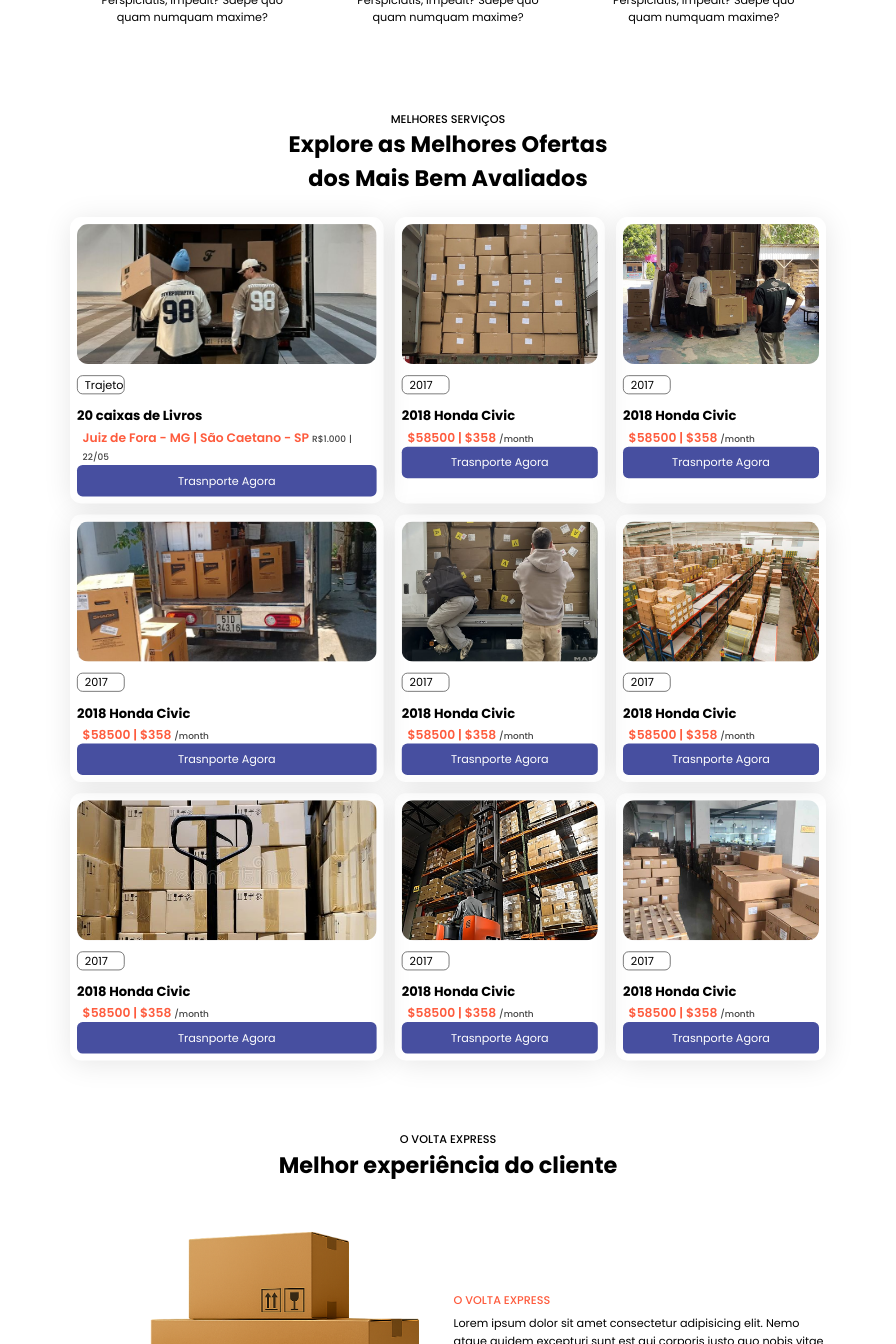
Repository: douglasabnovato/transportation
Page: index.html
The author's editor kept a copy of each file at every save. The page is drawn from the files as they stood at one save, then again after the next save.
The browser window is 1280 px wide. The pictures show the part of the page from y = 1073 to 2993 px (the page is 4060 px tall), at 70% of full size.

Above is the page before, as saved 2025-05-19 01:17:42.

### index.html
<!DOCTYPE html>
<html lang="en">
  <head>
    <meta charset="UTF-8" />
    <meta name="viewport" content="width=device-width, initial-scale=1.0" />
    <title>Transportation</title>
    <link
      rel="stylesheet"
      href="https://cdn.jsdelivr.net/npm/boxicons@latest/css/boxicons.min.css"
    />
    <link rel="stylesheet" href="./style.css" />
  </head>
  <body>
    <!-- Header -->
    <header>
      <a href="#" class="logo"
        ><img
          src="./assets/images-t/transportar-caixas/caixas.png"
          alt="logo da car rental"
          srcset=""
      /></a>
      <div class="bx bx-menu" id="menu-icon"></div>
      <ul class="navbar">
        <li><a href="#home">Home</a></li>
        <li><a href="#ride">Transportar </a></li>
        <li><a href="#services">Serviços</a></li>
        <li><a href="#about">O Volta Express</a></li>
        <li><a href="#reviews">Vantagens</a></li>
      </ul>
      <div class="header-btn">
        <a href="#" class="sign-up">Sign Up</a>
        <a href="#" class="sign-in">Sign In</a>
      </div>
    </header>

    <!-- Home -->
    <section class="home" id="home">
      <div class="text">
        <h1>
          <span>Procurando</span> mercadorias <br />
          para transportar
        </h1>
        <p>
          Lorem ipsum dolor sit amet consectetur adi <br />
          pisicing elit. Explicabo esse non fugiat!
        </p>
        <div class="app-stores">
          <img src="./assets/ios.png" alt="" />
          <img src="./assets/play.png" alt="" />
        </div>
      </div>
      <div class="form-container">
        <form action="">
          <div class="input-box">
            <span>Location</span>
            <input type="search" name="" id="" placeholder="Search Places" />
          </div>
          <div class="input-box">
            <span>Pick-Up Date</span>
            <input type="date" name="" id="" />
          </div>
          <div class="input-box">
            <span>Return Date</span>
            <input type="date" name="" id="" />
          </div>
          <input type="submit" name="" id="" class="btn" />
        </form>
      </div>
    </section>

    <!-- Ride -->
    <section class="ride" id="ride">
      <div class="heading">
        <span>Como funciona</span>
        <h1>Transporte em 3 etapas fáceis</h1>
      </div>
      <div class="ride-container">
        <div class="box">
          <i class="bx bxs-map"></i>
          <h2>Escolha um local</h2>
          <p>
            Lorem ipsum dolor sit, amet consectetur adipisicing elit.
            Perspiciatis, impedit? Saepe quo quam numquam maxime?
          </p>
        </div>
        <div class="box">
          <i class="bx bxs-calendar-check"></i>
          <h2>Data de retirada</h2>
          <p>
            Lorem ipsum dolor sit, amet consectetur adipisicing elit.
            Perspiciatis, impedit? Saepe quo quam numquam maxime?
          </p>
        </div>
        <div class="box">
          <i class="bx bxs-calendar-star"></i>
          <h2>Reserve um espaço</h2>
          <p>
            Lorem ipsum dolor sit, amet consectetur adipisicing elit.
            Perspiciatis, impedit? Saepe quo quam numquam maxime?
          </p>
        </div>
      </div>
    </section>

    <!-- Services -->
    <section class="services" id="services">
      <div class="heading">
        <span>Melhores Serviços</span>
        <h1>
          Explore as Melhores Ofertas <br />
          dos Mais Bem Avaliados
        </h1>
      </div>
      <div class="services-container">
        <div class="box">
          <div class="box-img">
            <img
              src="./assets/images-t/transportar-caixas/caminhao-caixas-1.jpg"
              alt="car1"
            />
          </div>
          <p>Trajeto</p>
          <h3>20 caixas de Livros</h3>
          <h2>
            Juiz de Fora - MG | São Caetano - SP
            <span> R$1.000</span>
            <span> | 22/05</span>
          </h2>
          <a href="#" class="btn">Trasnporte Agora</a>
        </div>

        <div class="box">
          <div class="box-img">
            <img
              src="./assets/images-t/transportar-caixas/caminhao-caixas-2.jpg"
              alt="car1"
            />
          </div>
          <p>2017</p>
          <h3>2018 Honda Civic</h3>
          <h2>$58500 | $358 <span> /month</span></h2>
          <a href="#" class="btn">Trasnporte Agora</a>
        </div>

        <div class="box">
          <div class="box-img">
            <img
              src="./assets/images-t/transportar-caixas/caminhao-caixas-3.jpg"
              alt="car1"
            />
          </div>
          <p>2017</p>
          <h3>2018 Honda Civic</h3>
          <h2>$58500 | $358 <span> /month</span></h2>
          <a href="#" class="btn">Trasnporte Agora</a>
        </div>

        <div class="box">
          <div class="box-img">
            <img
              src="./assets/images-t/transportar-caixas/caminhao-caixas-4.jpg"
              alt="car1"
            />
          </div>
          <p>2017</p>
          <h3>2018 Honda Civic</h3>
          <h2>$58500 | $358 <span> /month</span></h2>
          <a href="#" class="btn">Trasnporte Agora</a>
        </div>

        <div class="box">
          <div class="box-img">
            <img
              src="./assets/images-t/transportar-caixas/caminhao-caixas-5.jpg"
              alt="car1"
            />
          </div>
          <p>2017</p>
          <h3>2018 Honda Civic</h3>
          <h2>$58500 | $358 <span> /month</span></h2>
          <a href="#" class="btn">Trasnporte Agora</a>
        </div>

        <div class="box">
          <div class="box-img">
            <img
              src="./assets/images-t/transportar-caixas/deposito-1.jpg"
              alt="car1"
            />
          </div>
          <p>2017</p>
          <h3>2018 Honda Civic</h3>
          <h2>$58500 | $358 <span> /month</span></h2>
          <a href="#" class="btn">Trasnporte Agora</a>
        </div>

        <div class="box">
          <div class="box-img">
            <img
              src="./assets/images-t/transportar-caixas/deposito-2.jpg"
              alt="car1"
            />
          </div>
          <p>2017</p>
          <h3>2018 Honda Civic</h3>
          <h2>$58500 | $358 <span> /month</span></h2>
          <a href="#" class="btn">Trasnporte Agora</a>
        </div>

        <div class="box">
          <div class="box-img">
            <img
              src="./assets/images-t/transportar-caixas/deposito-3.jpg"
              alt="car1"
            />
          </div>
          <p>2017</p>
          <h3>2018 Honda Civic</h3>
          <h2>$58500 | $358 <span> /month</span></h2>
          <a href="#" class="btn">Trasnporte Agora</a>
        </div>

        <div class="box">
          <div class="box-img">
            <img
              src="./assets/images-t/transportar-caixas/deposito-4.jpg"
              alt="car1"
            />
          </div>
          <p>2017</p>
          <h3>2018 Honda Civic</h3>
          <h2>$58500 | $358 <span> /month</span></h2>
          <a href="#" class="btn">Trasnporte Agora</a>
        </div>
      </div>
    </section>

    <!-- About -->
    <section class="about" id="about">
      <div class="heading">
        <span>O VOLTA EXPRESS</span>
        <h1>Melhor experiência do cliente</h1>
      </div>
      <div class="about-container">
        <div class="about-img">
          <img src="./assets/images-t/transportar-caixas/caixas.png" alt="" />
        </div>
        <div class="about-text">
          <span>O VOLTA EXPRESS</span>
          <p>
            Lorem ipsum dolor sit amet consectetur adipisicing elit. Nemo atque
            quidem excepturi sunt est qui corporis iusto quo nobis vitae
            molestias veniam deleniti fugiat, beatae iste doloribus rerum
            officiis iure voluptates perferendis eaque ratione?
          </p>
          <a href="#" class="btn">Learn More</a>
        </div>
      </div>
    </section>

    <!-- Reviews -->
    <section class="reviews" id="reviews">
      <div class="heading">
        <span>Vantagens</span>
        <h1>A opção onde e quando precisar</h1>
      </div>
      <div class="reviews-container">
        <div class="box">
          <div class="rev-img">
            <img
              src="./assets/images-t/caminhoneiro/caminhoneiro-1.png"
              alt=""
            />
          </div>
          <h2>A carga mais perto de você</h2>
          <div class="stars">
            <i class="bx bxs-star"></i>
            <i class="bx bxs-star"></i>
            <i class="bx bxs-star"></i>
            <i class="bx bxs-star"></i>
            <i class="bx bxs-star-half"></i>
          </div>
          <p>
            Lorem ipsum dolor sit amet consectetur adipisicing elit. Explicabo
            qui similique laborum hic molestiae. Quaerat ipsa cum sit.
          </p>
        </div>
        <div class="box">
          <div class="rev-img">
            <img
              src="./assets/images-t/caminhoneiro/caminhoneiro-2.png"
              alt=""
            />
          </div>
          <h2>Informações para o seu planejamento</h2>
          <div class="stars">
            <i class="bx bxs-star"></i>
            <i class="bx bxs-star"></i>
            <i class="bx bxs-star"></i>
            <i class="bx bxs-star"></i>
            <i class="bx bxs-star-half"></i>
          </div>
          <p>
            Lorem ipsum dolor sit amet consectetur adipisicing elit. Explicabo
            qui similique laborum hic molestiae. Quaerat ipsa cum sit.
          </p>
        </div>
        <div class="box">
          <div class="rev-img">
            <img
              src="./assets/images-t/caminhoneiro/caminhoneiro-1.png"
              alt=""
            />
          </div>
          <h2>Sempre tem o que transportar</h2>
          <div class="stars">
            <i class="bx bxs-star"></i>
            <i class="bx bxs-star"></i>
            <i class="bx bxs-star"></i>
            <i class="bx bxs-star"></i>
            <i class="bx bxs-star-half"></i>
          </div>
          <p>
            Lorem ipsum dolor sit amet consectetur adipisicing elit. Explicabo
            qui similique laborum hic molestiae. Quaerat ipsa cum sit.
          </p>
        </div>
      </div>
    </section>

    <!-- Newsletter -->
    <section class="newsletter">
      <h2>Subscribe To Newsletter</h2>
      <div class="box">
        <input type="text" placeholder="Enter Your E-mail ..." />
        <a href="#" class="btn">Subscribe</a>
      </div>
    </section>

    <!-- Copyright -->
    <div class="copyright">
      <p>&#169; @douglasabnovato All Right Reserved</p>
      <div class="social">
        <a href="#"><i class="bx bxl-facebook"></i></a>
        <a href="#"><i class="bx bxl-twitter"></i></a>
        <a href="#"><i class="bx bxl-instagram"></i></a>
      </div>
    </div>

    <!-- scrollreveal -->
    <script src="https://unpkg.com/scrollreveal"></script>

    <!-- Link to JS -->
    <script src="./script.js"></script>
  </body>
</html>

### style.css
@import url("https://fonts.googleapis.com/css2?family=Noto+Sans:ital,wght@0,100..900;1,100..900&family=Poppins:ital,wght@0,100;0,200;0,300;0,400;0,500;0,600;0,700;0,800;0,900;1,100;1,200;1,300;1,400;1,500;1,600;1,700;1,800;1,900&display=swap");

* {
  margin: 0;
  padding: 0;
  box-sizing: border-box;
  scroll-padding-top: 2rem;
  scroll-behavior: smooth;
  list-style: none;
  text-decoration: none;
  font-family: "Poppins", sans-serif;
}

:root {
  --main-color: #fe5b3d;
  --second-color: #ffac38;
  --text-color: #444;
  --gradient: linear-gradient(#fe5b3d, #ffac38);
}

html::-webkit-scrollbar {
  width: 0.5rem;
}

html::-webkit-scrollbar-track {
  background: transparent;
}

html::-webkit-scrollbar-thumb {
  background: var(--main-color);
  border-radius: 5rem;
}

section {
  padding: 50px 100px;
}

/* Header */

header {
  position: fixed;
  width: 100%;
  top: 0;
  right: 0;
  z-index: 1000;
  display: flex;
  align-items: center;
  justify-content: space-between;
  background: #eeeff1;
  padding: 15px 100px;
}

.logo img {
  width: 48px;
}

.navbar {
  display: flex;
}

.navbar li {
  position: relative;
}

.navbar a {
  font-size: 1rem;
  padding: 10px 20px;
  color: var(--text-color);
  font-weight: 500;
}

.navbar a:after {
  content: "";
  width: 0;
  height: 3px;
  background: var(--gradient);
  position: absolute;
  bottom: -4px;
  left: 0;
  transition: 0.5s;
}

.navbar a:hover::after {
  width: 100%;
}

#menu-icon {
  font-size: 24px;
  cursor: pointer;
  z-index: 10001;
  display: none;
}

.header-btn a {
  padding: 10px 20px;
  color: var(--text-color);
  font-weight: 500;
}

.header-btn .sign-in {
  background: #474fa0;
  color: #fff;
  border-radius: 0.5rem;
}

.header-btn .sign-in:hover {
  background: var(--main-color);
}

/* Home */
.home {
  width: 100%;
  min-height: 100vh;
  position: relative;
  background: url(./assets/images-t/transportar-caixas/banner-caixas.png);
  background-repeat: no-repeat;
  background-position: center right;
  background-size: cover;
  display: grid;
  align-items: center;
  grid-template-columns: repeat(2, 1fr);
}

.text h1 {
  font-size: 3.5rem;
  letter-spacing: 2px;
}

.text span {
  color: var(--main-color);
}

.text p {
  margin: 0.5rem 0 1rem;
}

.app-stores {
  display: flex;
}

.app-stores img {
  width: 100px;
  margin-right: 1rem;
  cursor: pointer;
}

.form-container form {
  display: flex;
  flex-wrap: wrap;
  align-items: center;
  gap: 1rem;
  position: absolute;
  bottom: 4rem;
  left: 100px;
  background: #fff;
  padding: 20px;
  border-radius: 0.5rem;
}

.input-box {
  flex: 1 1 7rem;
  display: flex;
  flex-direction: column;
}

.input-box span {
  font-weight: 500;
}

.input-box input {
  padding: 7px;
  outline: none;
  border: none;
  background: #eeeff1;
  border-radius: 0.5rem;
  font-size: 1rem;
}

.form-container form .btn {
  flex: 1 1 7rem;
  padding: 10px 34px;
  border: none;
  border-radius: 0.5rem;
  background: #474fa0;
  color: #fff;
  font-size: 1rem;
  font-weight: 500;
}

.form-container form .btn:hover {
  background: var(--main-color);
  cursor: pointer;
}

/* Ride */
.heading {
  text-align: center;
}

.heading span {
  font-weight: 500;
  text-transform: uppercase;
}

.heading h1 {
  font-size: 2rem;
}

.ride-container {
  display: grid;
  align-items: center;
  grid-template-columns: repeat(auto-fit, minmax(250px, auto));
  gap: 1rem;
  margin-top: 2rem;
}

.ride-container .box {
  text-align: center;
  padding: 20px;
}

.ride-container .box .bx {
  font-size: 34px;
  padding: 10px;
  background: #eeeff1;
  border-radius: 0.5rem;
  color: var(--main-color);
}

.ride-container .box h2 {
  font-size: 1.3rem;
  font-weight: 500;
  margin: 1.4rem 0 0.5rem;
}

.ride-container .box .bx:hover,
.ride-container .box .bx .bxs-calendar-star {
  background: var(--gradient);
  color: #fff;
}

/* Services */
.services-container {
  display: grid;
  grid-template-columns: repeat(auto-fit, minmax(300px, auto));
  gap: 1rem;
  margin-top: 2rem;
}

.services-container .box {
  padding: 10px;
  border-radius: 1rem;
  box-shadow: 1px 4px 41px rgba(0, 0, 0, 0.1);
}

.services-container .box .box-img {
  width: 100%;
  height: 200px;
}

.services-container .box .box-img img {
  width: 100%;
  height: 100%;
  border-radius: 1rem;
  object-fit: cover;
  object-position: center;
}

.services-container .box p {
  padding: 0 10px;
  border: 1px solid var(--text-color);
  width: 68px;
  border-radius: 0.5rem;
  margin: 1rem 0 1rem;
}

.services-container .box h2 {
  font-size: 1.1rem;
  font-weight: 600;
  color: var(--main-color);
  margin: 0.2rem 0 0 0.5rem;
}

.services-container .box h2 span {
  font-size: 0.8rem;
  font-weight: 500;
  color: var(--text-color);
}

.services-container .box .btn {
  display: flex;
  justify-content: center;
  background: #474fa0;
  color: #fff;
  padding: 10px;
  border-radius: 0.5rem;
}

.services-container .box .btn:hover {
  background: var(--main-color);
}

/* About */
.about-container {
  display: grid;
  grid-template-columns: repeat(2, 1fr);
  margin-top: 2rem;
  align-items: center;
  gap: 1rem;
}

.about-img img {
  width: 100%;
}

.about-text span {
  font-weight: 500;
  color: var(--main-color);
  text-transform: uppercase;
}

.about-text p {
  margin: 0.5rem 0 1.4rem;
}

.about-text .btn {
  padding: 10px 20px;
  background: #474fa0;
  color: #fff;
  border-radius: 0.5rem;
}

.about-text .btn:hover {
  background: var(--main-color);
}

/* Review */
.reviews-container {
  display: grid;
  grid-template-columns: repeat(auto-fit, minmax(250px, auto));
  gap: 1rem;
  margin-top: 2rem;
}

.rev-img {
  width: 70px;
  height: 70px;
}

.rev-img img {
  width: 100%;
  height: 100%;
  border-radius: 50%;
  object-fit: cover;
  object-position: center;
  border: 2px solid var(--second-color);
}

.reviews-container .box {
  display: flex;
  flex-direction: column;
  align-items: center;
  text-align: center;
  padding: 20px;
  box-shadow: 1px 4px 41px rgba(0, 0, 0, 0.1);
  border-radius: 0.5rem;
}

.reviews-container .box h2 {
  font-size: 1.1rem;
  font-weight: 600;
  margin: 0.5rem 0 0.5rem;
}

.reviews-container .box p {
  font-style: italic;
}

.reviews-container .box .stars .bx {
  color: var(--main-color);
}

/* Newsletter */
.newsletter {
  background: linear-gradient(to top right, #fe5b3d, #ffac38);
  display: flex;
  flex-direction: column;
  align-items: center;
}

.newsletter h2 {
  color: #fff;
  font-size: 1.8rem;
}

.newsletter .box {
  margin-top: 1rem;
  background: #fff;
  border-radius: 0.5rem;
  padding: 4px 8px;
  width: 350px;
  display: flex;
  justify-content: space-between;
}

.newsletter .box input {
  border: none;
  outline: none;
}

.newsletter .box .btn {
  background: #474fa0;
  color: #fff;
  padding: 8px 20px;
  border-radius: 0.5rem;
}

/* Copyright */
.copyright {
  padding: 20px;
  display: flex;
  justify-content: space-between;
  align-items: center;
}

.social a {
  color: #444;
  padding: 10px;
  font-size: 21px;
  transition: font-size 2s;
}

.social a:hover {
  font-size: 24px;
  color: #fe5b3d;
}

/* Responsive */

@media screen and (max-width: 991px) {
  header {
    padding: 18px 40px;
  }
  section {
    padding: 80px 40px;
  }
}

@media screen and (max-width: 891px) {
  .home {
    background-position: left;
  }
  .form-container form {
    bottom: 0.2rem;
    left: 40px;
  }
}

@media screen and (max-width: 768px) {
  header {
    padding: 11px 40px;
  }

  #menu-icon {
    display: initial;
  }

  .sign-up {
    display: none;
  }

  .text h2 {
    font-size: 2.5rem;
  }

  .home {
    grid-template-columns: 1fr;
  }

  .form-container form {
    position: unset;
  }

  header .navbar {
    position: absolute;
    top: -500px;
    left: 0;
    right: 0;
    display: flex;
    flex-direction: column;
    background: #fff;
    box-shadow: 0 4px 4px rgba(0, 0, 0, 0.1);
    transition: 0.2 ease;
    text-align: left;
  }

  .navbar.active {
    top: 100%;
  }

  .navbar a {
    padding: 1rem;
    border-left: 2px solid var(--main-color);
    margin: 1rem;
    display: block;
  }

  .navbar a:hover {
    color: #fff;
    background: var(--main-color);
    border: none;
  }

  .navbar a::after {
    display: none;
  }

  .heading span {
    font-size: 0.9rem;
    font-weight: 600;
  }

  .heading h1 {
    font-size: 1.3rem;
  }

  .about-container {
    grid-template-columns: 1fr;
    text-align: center;
  }

  .about-img {
    padding: 1rem;
    order: 2;
  }
}

@media screen and (max-width: 568px) {
  .copyright {
    flex-direction: column;
  }

  .newsletter .box {
    width: 284px;
  }

  .form-container {
    padding-top: 2rem;
  }
}

@media screen and (max-width: 350px) {
  header {
    padding: 6px 14px;
  }

  .logo img {
    width: 30px;
  }

  section {
    padding: 50px 14px;
  }

  .header-btn .sign-in {
    padding: 7px 10px;
    font-size: 14px;
    font-weight: 400;
  }

  .text h1 {
    font-size: 2rem;
  }

  .services-container {
    grid-template-columns: repeat(auto-fit, minmax(254px, auto));
  }
}

### script.js
/**
 * Menu Header responsive
 */
let menu = document.querySelector("#menu-icon");
let navbar = document.querySelector(".navbar");

menu.onclick = () => {
  menu.classList.toggle("bx-x");
  navbar.classList.toggle("active");
};

window.onscroll = () => {
  menu.classList.remove("bx-x");
  navbar.classList.remove("active");
};
/**
 * Scrollrevel
 */
const sr = ScrollReveal({
  distance: "60px",
  duration: 2500,
  delay: 400,
  reset: true,
});

sr.reveal(".text", { delay: 200, origin: "top" });
sr.reveal(".form-container form", { delay: 800, origin: "left" });
sr.reveal(".heading", { delay: 800, origin: "top" });
sr.reveal(".ride-container .box", { delay: 600, origin: "top" });
sr.reveal(".services-container .box", { delay: 600, origin: "top" });
sr.reveal(".about-container .box", { delay: 600, origin: "top" });
sr.reveal(".reviews-container", { delay: 600, origin: "top" });
sr.reveal(".newsletter .box", { delay: 400, origin: "bottom" });

After the next save:
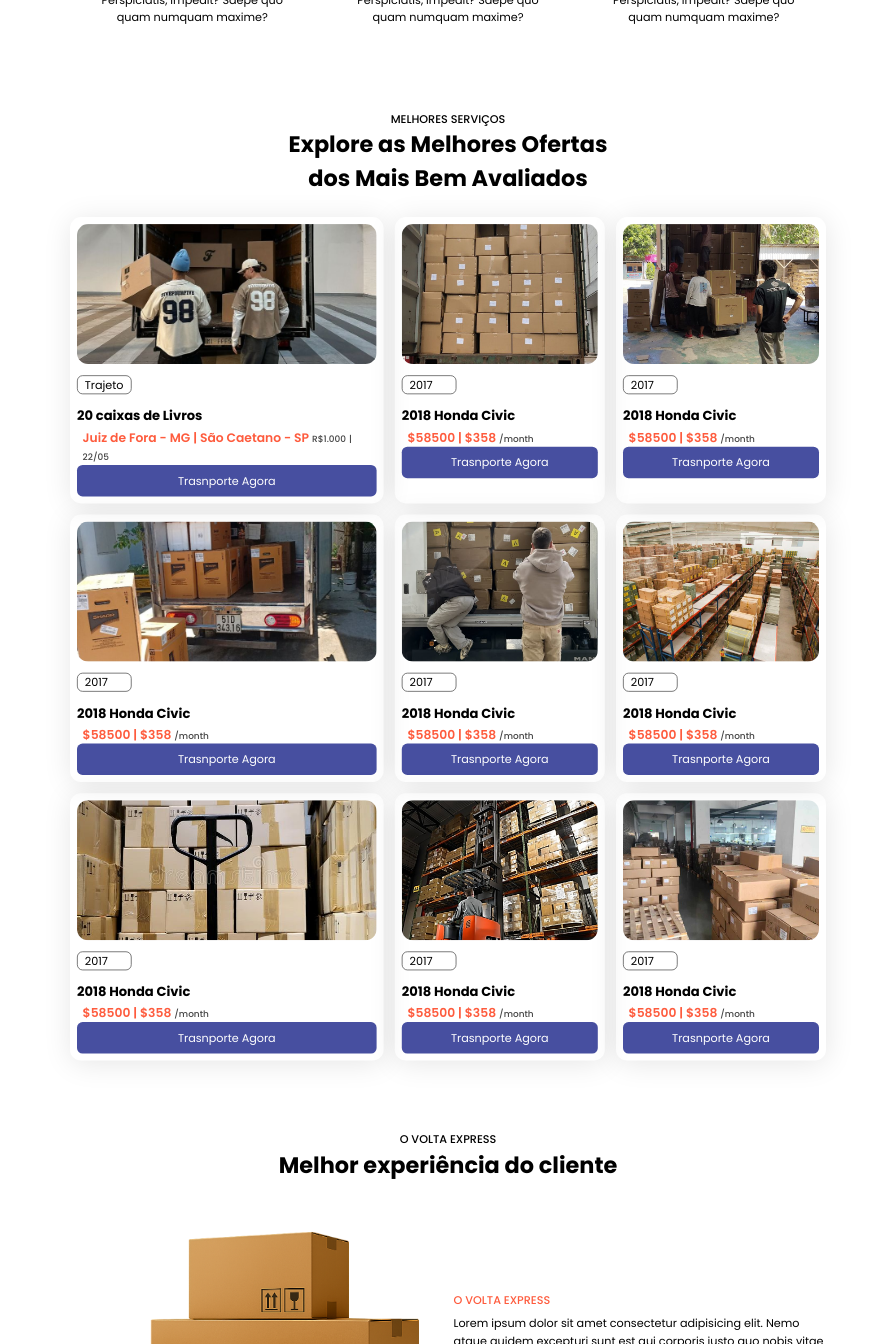
Saved 5 s later.
--- a/style.css
+++ b/style.css
@@ -269,7 +269,7 @@ header {
 .services-container .box p {
   padding: 0 10px;
   border: 1px solid var(--text-color);
-  width: 68px;
+  width: 78px;
   border-radius: 0.5rem;
   margin: 1rem 0 1rem;
 }
